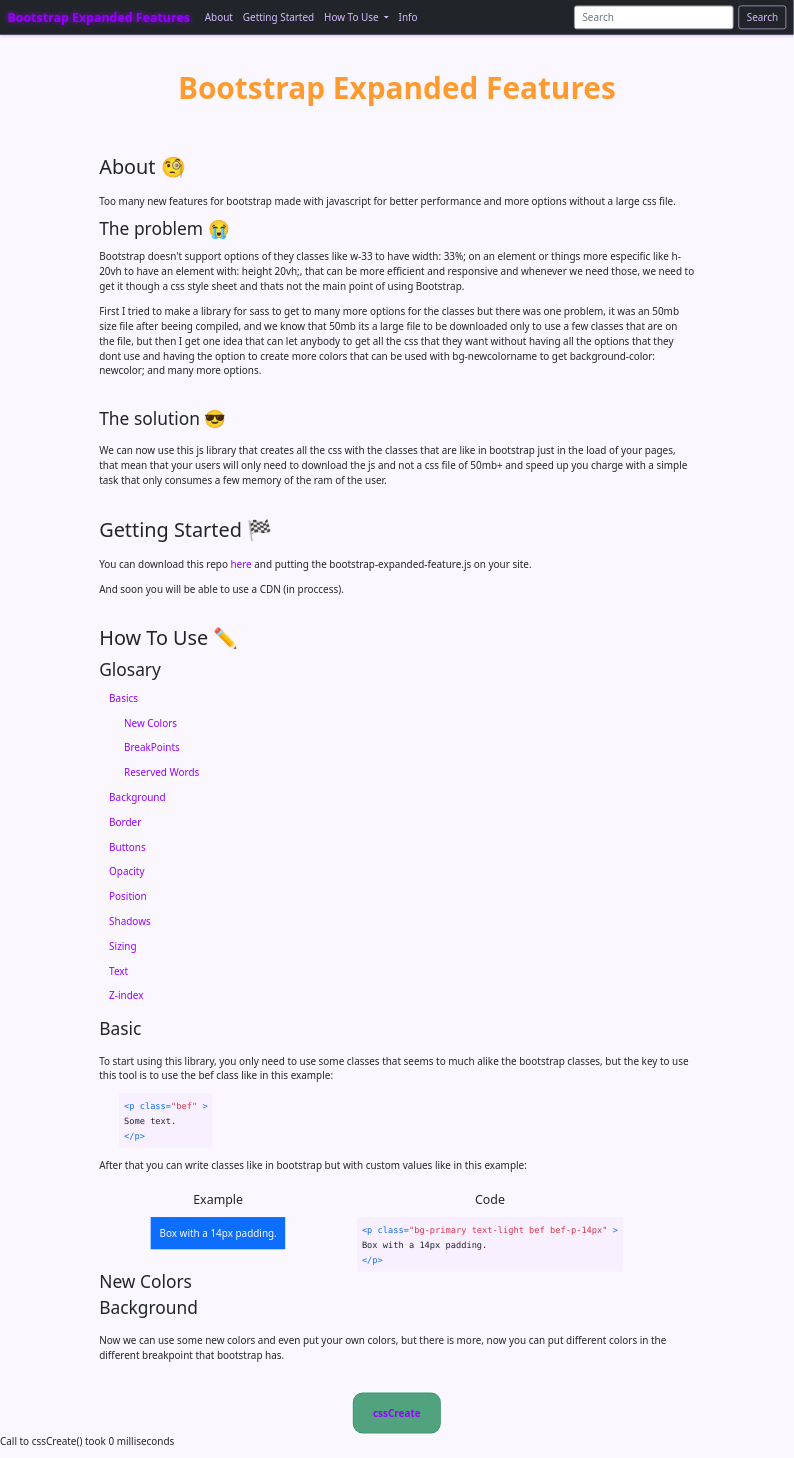
Repository: LynxPardelle/bootstrap-expanded-features
Page: index.html
These files come from the project's save history. The page is drawn as it stood at one moment and after the next save; the edit follows.
The browser window is 1280 px wide. The pictures show the whole page, at 62% of full size.

Above is the page before, as saved 2022-01-02 05:48:10.

### index.html
<!DOCTYPE html>
<html lang="es">
  <head>
    <meta charset="UTF-8" />
    <meta http-equiv="X-UA-Compatible" content="IE=edge" />
    <meta name="viewport" content="width=device-width, initial-scale=1.0" />
    <title>Bootstrap Expanded Features</title>
    <link
      href="https://cdn.jsdelivr.net/npm/bootstrap@5.1.3/dist/css/bootstrap.min.css"
      rel="stylesheet"
      integrity="sha384-1BmE4kWBq78iYhFldvKuhfTAU6auU8tT94WrHftjDbrCEXSU1oBoqyl2QvZ6jIW3"
      crossorigin="anonymous"
    />
    <link rel="stylesheet" href="./style.css" />
  </head>
  <body class="bef bef-bg-futurePop__OPA__0_03">
    <header>
      <nav
        class="
          navbar navbar-expand-lg navbar-dark
          bg-dark
          align-items-center
          bef
          bef-boxShadow-0px__2px__4px__lavender
          position-fixed
          top-0
          w-100
        "
      >
        <div class="container-fluid">
          <a
            class="
              navbar-brand
              bef bef-text-futurePop
              fw-bolder
              bef-textShadow-0px__0px__8px__futurePop
            "
            href="#"
            >Bootstrap Expanded Features</a
          >
          <button
            class="navbar-toggler"
            type="button"
            data-bs-toggle="collapse"
            data-bs-target="#navbarSupportedContent"
            aria-controls="navbarSupportedContent"
            aria-expanded="false"
            aria-label="Toggle navigation"
          >
            <span class="navbar-toggler-icon"></span>
          </button>
          <div class="collapse navbar-collapse" id="navbarSupportedContent">
            <ul class="navbar-nav me-auto mb-lg-0">
              <li class="nav-item">
                <a class="nav-link bef bef-text-lavender" href="#about"
                  >About</a
                >
              </li>
              <li class="nav-item">
                <a
                  class="nav-link bef bef-text-lavender"
                  href="#getting_started"
                  >Getting Started</a
                >
              </li>
              <li class="nav-item dropdown">
                <a
                  class="nav-link bef bef-text-lavender dropdown-toggle"
                  href="#howToUse"
                  id="navbarDropdown"
                  role="button"
                  data-bs-toggle="dropdown"
                  aria-expanded="false"
                >
                  How To Use
                </a>
                <ul
                  class="dropdown-menu dropdown-menu-dark"
                  aria-labelledby="navbarDropdown"
                >
                  <li>
                    <a class="dropdown-item bef bef-text-lavender" href="#"
                      >Action</a
                    >
                  </li>
                  <li>
                    <a class="dropdown-item bef bef-text-lavender" href="#"
                      >Another action</a
                    >
                  </li>
                  <li><hr class="dropdown-divider" /></li>
                  <li>
                    <a class="dropdown-item bef bef-text-lavender" href="#"
                      >Something else here</a
                    >
                  </li>
                </ul>
              </li>
              <li class="nav-item">
                <a class="nav-link bef bef-text-lavender" href="#Info">Info</a>
              </li>
            </ul>
            <form class="d-flex">
              <input
                id="searchInput"
                class="form-control me-2"
                type="search"
                placeholder="Search"
                aria-label="Search"
              />
              <button class="btn bef bef-btnOutline-lavender">Search</button>
            </form>
          </div>
        </div>
      </nav>

      <h1
        class="
          text-center
          d-block
          bef bef-w-85vw bef-w-md-75vw bef-fs-2rem bef-fs-md-3rem
          bef-m-7rem__auto__5rem
          bef-text-summer
          fw-bolder
        "
      >
        Bootstrap Expanded Features
      </h1>
    </header>

    <div>
      <main class="bef bef-w-85vw bef-wmx-1000px bef-w-md-75vw mx-auto">
        <!-- ABOUT -->
        <section>
          <a id="about"></a>
          <h2>About 🧐</h2>
          <article>
            <p class="mt-4 mb-3 text-start">
              Too many new features for bootstrap made with javascript for
              better performance and more options without a large css file.
            </p>
          </article>
          <!-- THE_PROBLEM -->
          <article>
            <h3>The problem 😭</h3>
            <p class="my-3 text-start">
              Bootstrap doesn't support options of they classes like w-33 to
              have width: 33%; on an element or things more especific like
              h-20vh to have an element with: height 20vh;, that can be more
              efficient and responsive and whenever we need those, we need to
              get it though a css style sheet and thats not the main point of
              using Bootstrap.
            </p>
            <p class="mt-3 mb-5 text-start">
              First I tried to make a library for sass to get to many more
              options for the classes but there was one problem, it was an 50mb
              size file after beeing compiled, and we know that 50mb its a large
              file to be downloaded only to use a few classes that are on the
              file, but then I get one idea that can let anybody to get all the
              css that they want without having all the options that they dont
              use and having the option to create more colors that can be used
              with bg-newcolorname to get background-color: newcolor; and many
              more options.
            </p>
          </article>
          <!-- THE_SOLUTION -->
          <article>
            <h3>The solution 😎</h3>
            <p class="mt-4 mb-5 text-start">
              We can now use this js library that creates all the css with the
              classes that are like in bootstrap just in the load of your pages,
              that mean that your users will only need to download the js and
              not a css file of 50mb+ and speed up you charge with a simple task
              that only consumes a few memory of the ram of the user.
            </p>
          </article>
        </section>
        <!-- GETTING_STARTED -->
        <section>
          <a id="getting_started"></a>
          <h2>Getting Started 🏁</h2>
          <article>
            <p class="mt-4 mb-3 text-start bef bef-link-futurePop">
              You can download this repo
              <a
                class="text-decoration-none"
                href="https://github.com/LynxPardelle/bootstrap-expanded-features.git"
                target="_blank"
                >here</a
              >
              and putting the bootstrap-expanded-feature.js on your site.
            </p>
            <p class="mt-3 mb-5 text-start bef bef-link-futurePop">
              And soon you will be able to use a CDN (in proccess).
            </p>
          </article>
        </section>
        <!-- HOW_TO_USE -->
        <section>
          <a id="howToUse"></a>
          <h2>How To Use ✏️</h2>
          <article class="my-3">
            <h3>Glosary</h3>
            <ul class="nav flex-column bef bef-link-futurePop">
              <li class="nav-item">
                <a class="nav-link" href="#basicHTU">Basics</a>
                <ul class="nav ms-4 flex-column bef bef-link-futurePop">
                  <li class="nav-item">
                    <a class="nav-link" href="#newColorsBasicHTU">New Colors</a>
                  </li>
                  <li class="nav-item">
                    <a class="nav-link" href="#bpsBasicHTU">BreakPoints</a>
                  </li>
                  <li class="nav-item">
                    <a class="nav-link" href="#reswordsBasicHTU"
                      >Reserved Words</a
                    >
                  </li>
                </ul>
              </li>
              <li class="nav-item">
                <a class="nav-link" href="#backgroundHTU">Background</a>
              </li>
              <li class="nav-item">
                <a class="nav-link" href="#borderHTU">Border</a>
              </li>
              <li class="nav-item">
                <a class="nav-link" href="#buttonsHTU">Buttons</a>
              </li>
              <li class="nav-item">
                <a class="nav-link" href="#opacityHTU">Opacity</a>
              </li>
              <li class="nav-item">
                <a class="nav-link" href="#positionHTU">Position</a>
              </li>
              <li class="nav-item">
                <a class="nav-link" href="#shadowsHTU">Shadows</a>
              </li>
              <li class="nav-item">
                <a class="nav-link" href="#sizingHTU">Sizing</a>
              </li>
              <li class="nav-item">
                <a class="nav-link" href="#textHTU">Text</a>
              </li>
              <li class="nav-item">
                <a class="nav-link" href="#zIndexHTU">Z-index</a>
              </li>
            </ul>
          </article>
          <!-- BASICHTU -->
          <article>
            <a id="basicHTU"></a>
            <h3>Basic</h3>
            <p class="mt-4 mb-3 text-start bef bef-link-futurePop">
              To start using this library, you only need to use some classes
              that seems to much alike the bootstrap classes, but the key to use
              this tool is to use the bef class like in this example:
            </p>
            <p
              class="
                d-inline-block
                p-2
                bef
                bef-m-0rem__2rem
                bef-bg-futurePop__OPA__0_03
              "
            >
              <code class="text-dark">
                <span class="text-primary">
                  &#60;p class=<span class="text-danger">"bef"</span> &#62;
                </span>
                <br />
                <span> Some text. </span>
                <br />
                <span class="text-primary"> &#60;&#47;p&#62; </span>
              </code>
            </p>
            <p class="mt-3 mb-3 text-start bef bef-link-futurePop">
              After that you can write classes like in bootstrap but with custom
              values like in this example:
            </p>
            <div class="d-flex justify-content-evenly">
              <div>
                <h5 class="text-center my-3">Example</h5>
                <p class="bg-primary text-light bef bef-p-14px">
                  Box with a 14px padding.
                </p>
              </div>
              <div>
                <h5 class="text-center my-3">Code</h5>
                <p
                  class="
                    d-inline-block
                    p-2
                    bef
                    bef-m-0rem__2rem
                    bef-bg-futurePop__OPA__0_03
                  "
                >
                  <code class="text-dark">
                    <span class="text-primary">
                      &#60;p class=<span class="text-danger"
                        >"bg-primary text-light bef bef-p-14px"</span
                      >
                      &#62;
                    </span>
                    <br />
                    <span> Box with a 14px padding. </span>
                    <br />
                    <span class="text-primary"> &#60;&#47;p&#62; </span>
                  </code>
                </p>
              </div>
            </div>
            <!-- NEWCOLORSBASICHTU -->
            <a id="newColorsBasicHTU"></a>
            <h3>New Colors</h3>
          </article>
          <article>
            <a id="backgroundHTU"></a>
            <h3>Background</h3>
            <p class="mt-4 mb-5 text-start bef bef-link-futurePop">
              Now we can use some new colors and even put your own colors, but
              there is more, now you can put different colors in the different
              breakpoint that bootstrap has.
            </p>
          </article>
        </section>
      </main>
      <aside></aside>
    </div>

    <footer>
      <a id="#info"></a>
      <button
        class="
          btn
          bef
          bef-btn-success__OPA__0_75
          bef-text-futurePop
          fw-bold
          d-block
          mx-auto
          bef-p-1_25rem__2rem
          bef-rounded-1rem
        "
        onclick="cssCreate()"
      >
        cssCreate
      </button>

      <div id="befTimer"></div>
    </footer>

    <!-- TABS
      <nav>
              <div class="nav nav-tabs" id="nav-tab" role="tablist">
                <button
                  class="
                    nav-link
                    active
                    bef bef-text-futurePop bef-textHover-lavender
                    bef-bg-futurePop__OPA__0_03
                  "
                  id="nav-background-tab"
                  data-bs-toggle="tab"
                  data-bs-target="#nav-background"
                  type="button"
                  role="tab"
                  aria-controls="nav-background"
                  aria-selected="false"
                >
                  Background
                </button>
                <button
                  class="
                    nav-link
                    bef bef-text-dark bef-textHover-lavender
                    bef-bg-futurePop__OPA__0
                  "
                  id="nav-border-tab"
                  data-bs-toggle="tab"
                  data-bs-target="#nav-border"
                  type="button"
                  role="tab"
                  aria-controls="nav-border"
                  aria-selected="false"
                >
                  Border
                </button>
                <button
                  class="
                    nav-link
                    bef bef-text-dark bef-textHover-lavender
                    bef-bg-futurePop__OPA__0
                  "
                  id="nav-buttons-tab"
                  data-bs-toggle="tab"
                  data-bs-target="#nav-buttons"
                  type="button"
                  role="tab"
                  aria-controls="nav-buttons"
                  aria-selected="false"
                >
                  Buttons
                </button>
                <button
                  class="
                    nav-link
                    bef bef-text-dark bef-textHover-lavender
                    bef-bg-futurePop__OPA__0
                  "
                  id="nav-opacity-tab"
                  data-bs-toggle="tab"
                  data-bs-target="#nav-opacity"
                  type="button"
                  role="tab"
                  aria-controls="nav-opacity"
                  aria-selected="false"
                >
                  Opacity
                </button>
                <button
                  class="
                    nav-link
                    bef bef-text-dark bef-textHover-lavender
                    bef-bg-futurePop__OPA__0
                  "
                  id="nav-position-tab"
                  data-bs-toggle="tab"
                  data-bs-target="#nav-position"
                  type="button"
                  role="tab"
                  aria-controls="nav-position"
                  aria-selected="false"
                >
                  Position
                </button>
                <button
                  class="
                    nav-link
                    bef bef-text-dark bef-textHover-lavender
                    bef-bg-futurePop__OPA__0
                  "
                  id="nav-shadows-tab"
                  data-bs-toggle="tab"
                  data-bs-target="#nav-shadows"
                  type="button"
                  role="tab"
                  aria-controls="nav-shadows"
                  aria-selected="false"
                >
                  Shadows
                </button>
                <button
                  class="
                    nav-link
                    bef bef-text-dark bef-textHover-lavender
                    bef-bg-futurePop__OPA__0
                  "
                  id="nav-sizing-tab"
                  data-bs-toggle="tab"
                  data-bs-target="#nav-sizing"
                  type="button"
                  role="tab"
                  aria-controls="nav-sizing"
                  aria-selected="true"
                >
                  Sizing
                </button>
                <button
                  class="
                    nav-link
                    bef bef-text-dark bef-textHover-lavender
                    bef-bg-futurePop__OPA__0
                  "
                  id="nav-text-tab"
                  data-bs-toggle="tab"
                  data-bs-target="#nav-text"
                  type="button"
                  role="tab"
                  aria-controls="nav-text"
                  aria-selected="false"
                >
                  Text
                </button>
                <button
                  class="
                    nav-link
                    bef bef-text-dark bef-textHover-lavender
                    bef-bg-futurePop__OPA__0
                  "
                  id="nav-z-index-tab"
                  data-bs-toggle="tab"
                  data-bs-target="#nav-z-index"
                  type="button"
                  role="tab"
                  aria-controls="nav-z-index"
                  aria-selected="false"
                >
                  Z-index
                </button>
              </div>
            </nav>
            <div class="tab-content" id="nav-tabContent">
              <div
                class="tab-pane fade show active mt-3 mb-5"
                id="nav-background"
                role="tabpanel"
                aria-labelledby="nav-background-tab"
              >
                <h3 class="text-center">Background</h3>

                <p>
                  Now we can use some new colors and even put your own colors,
                  but there is more, now you can put diferent colors in the
                  diferent breakpoint that bootstrap has.
                </p>
              </div>
              <div
                class="tab-pane fade"
                id="nav-border"
                role="tabpanel"
                aria-labelledby="nav-border-tab"
              >
                Border
              </div>
              <div
                class="tab-pane fade"
                id="nav-buttons"
                role="tabpanel"
                aria-labelledby="nav-buttons-tab"
              >
                Buttons
              </div>
              <div
                class="tab-pane fade"
                id="nav-opacity"
                role="tabpanel"
                aria-labelledby="nav-opacity-tab"
              >
                Opacity
              </div>
              <div
                class="tab-pane fade"
                id="nav-position"
                role="tabpanel"
                aria-labelledby="nav-position-tab"
              >
                Position
              </div>
              <div
                class="tab-pane fade"
                id="nav-shadows"
                role="tabpanel"
                aria-labelledby="nav-shadows-tab"
              >
                Shadows
              </div>
              <div
                class="tab-pane fade"
                id="nav-sizing"
                role="tabpanel"
                aria-labelledby="nav-sizing-tab"
              >
                Sizing
              </div>
              <div
                class="tab-pane fade"
                id="nav-text"
                role="tabpanel"
                aria-labelledby="nav-text-tab"
              >
                Text
              </div>
              <div
                class="tab-pane fade"
                id="nav-z-index"
                role="tabpanel"
                aria-labelledby="nav-z-index-tab"
              >
                Z-Index
              </div>
            </div>
-->

    <!--
Classes:
w width
h height
wmx max-width
hmx max-height
wmn min-width
hmn min-height
rounded border-radius
z z-index
opacity opacity
top top
bottom bottom
end left
start right
fs font-size
lh line-height
gap gap
p padding
m margin
border border-width
borderStyle border-style

bg background-color
text color
link a color
borderColor border-color
btn background-color border-color box-shadow
btnOutline border-color box-shadow
boxShadow box-shadow
textShadow text-shadow

Sides:
s left
e right
t top
b bottom
x left & right
y top & bottom

BreakPoints:
sm 576
md 768
lg 992
xl 1200
xxl 1400
-->
    <script
      src="https://cdn.jsdelivr.net/npm/bootstrap@5.1.3/dist/js/bootstrap.bundle.min.js"
      integrity="sha384-ka7Sk0Gln4gmtz2MlQnikT1wXgYsOg+OMhuP+IlRH9sENBO0LRn5q+8nbTov4+1p"
      crossorigin="anonymous"
    ></script>
    <script>
      var colors = {
        monster: "#00AA00",
        futurePop: "#9700FF",
      };
    </script>
    <script src="./bootstrap-expanded-features.js"></script>
    <script src="./bef-example-page.js"></script>
  </body>
</html>

Loaded but not shown: bootstrap-expanded-features.js (library); bef-example-page.js (64 lines, source omitted); style.css (no stored copy; drawn as an empty file)

After the next save:
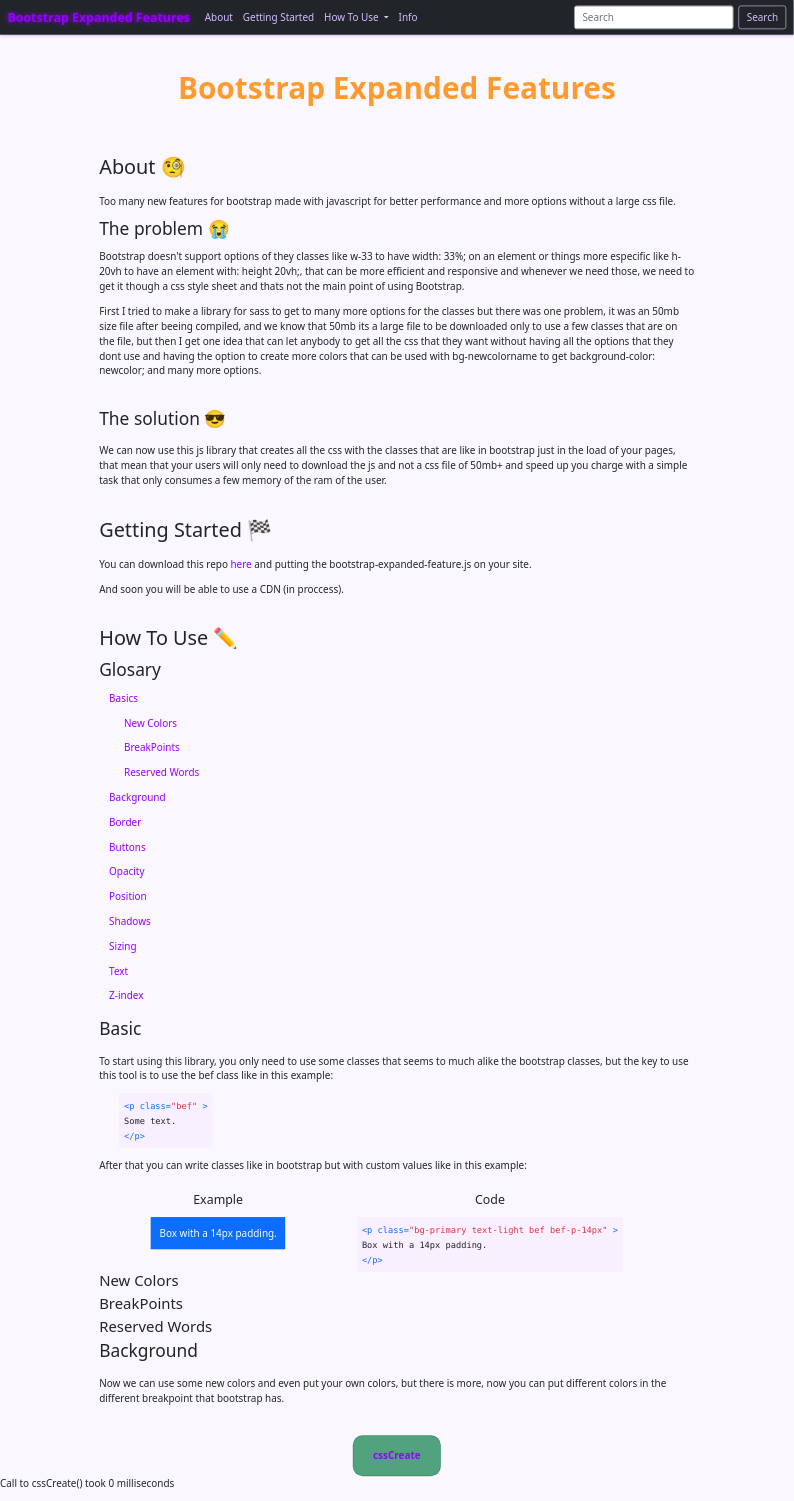
Saved 72 s later.
--- a/index.html
+++ b/index.html
@@ -314,7 +314,13 @@
             </div>
             <!-- NEWCOLORSBASICHTU -->
             <a id="newColorsBasicHTU"></a>
-            <h3>New Colors</h3>
+            <h4>New Colors</h4>
+            <!-- BREAKPOINTSBASICHTU -->
+            <a id="bpsBasicHTU"></a>
+            <h4>BreakPoints</h4>
+            <!-- RESERVEDWORDSBASICHTU -->
+            <a id="reswordsBasicHTU"></a>
+            <h4>Reserved Words</h4>
           </article>
           <article>
             <a id="backgroundHTU"></a>
